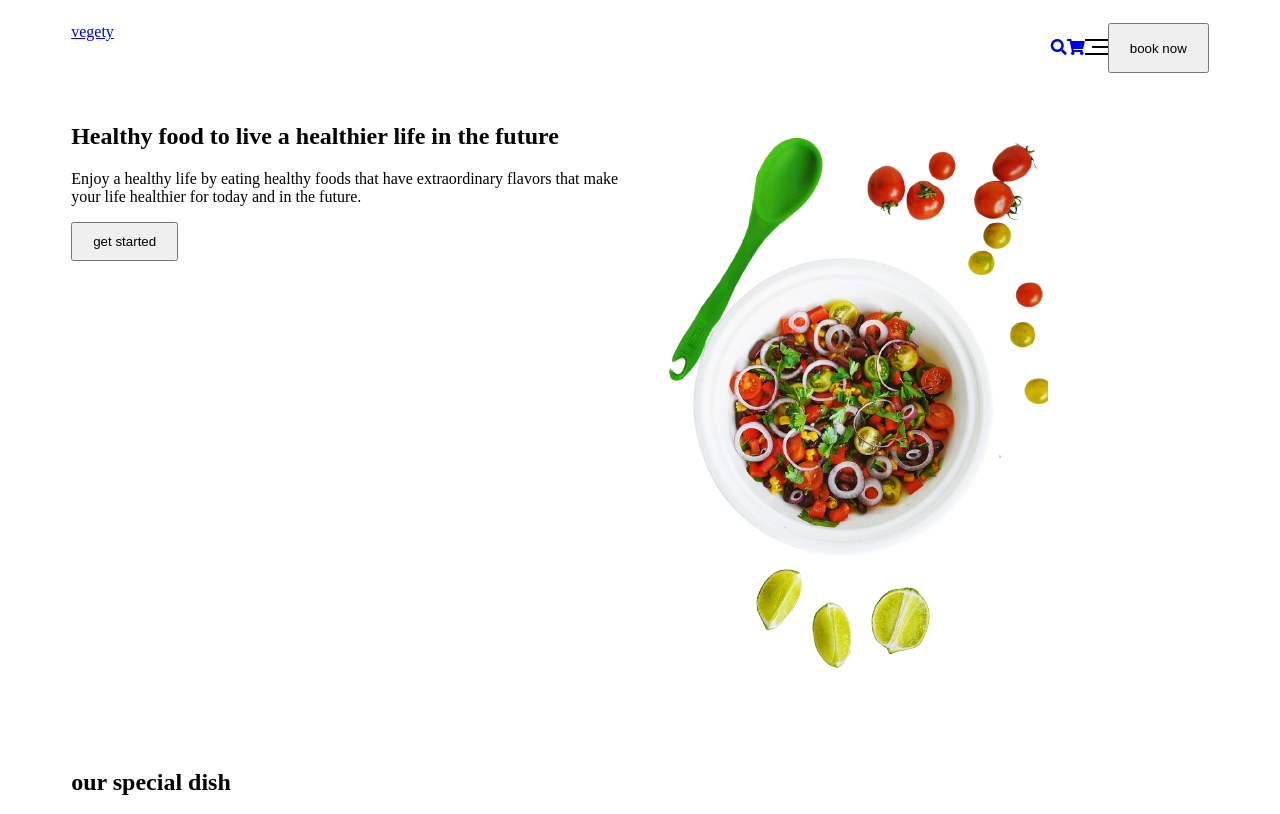
Repository: latenightsnacc/HTML-LESSONS
Page: WEB-DESIGN-2/PROJECTS/vegety-restaurant/index.html
An editor plug-in stored every save of this project. The page is shown before and after the next save, followed by the edit.
The browser window is 1280 px wide. The pictures show the part of the page from y = 0 to 814 px (the page is 1980 px tall).
A picture or video elsewhere on the page could not be fetched, so the positions and the page height are approximate.

Above is the page before, as saved 2021-07-15 15:20:27.

After the next save:
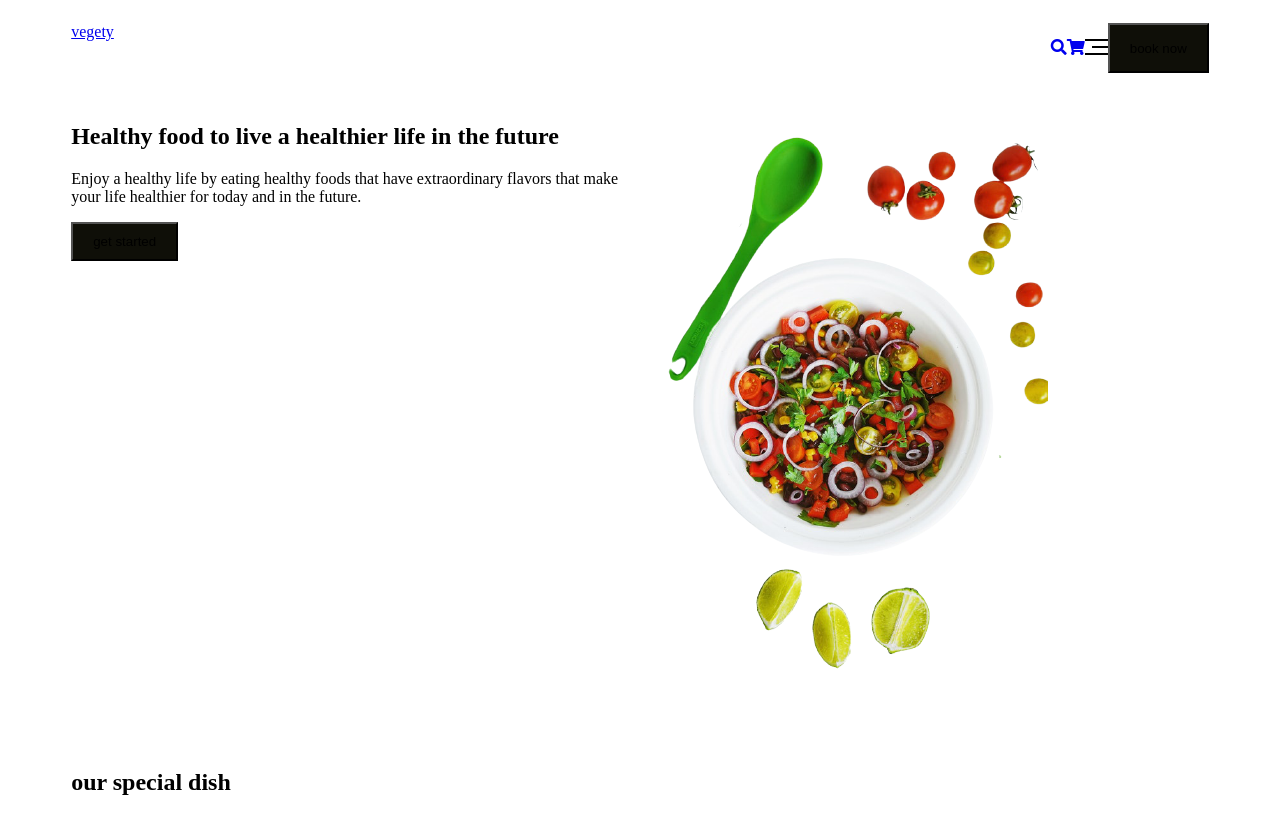
Saved 2 min 36 s later.
--- a/WEB-DESIGN-2/PROJECTS/vegety-restaurant/stylesheets/stylesheet.css
+++ b/WEB-DESIGN-2/PROJECTS/vegety-restaurant/stylesheets/stylesheet.css
@@ -1,5 +1,10 @@
 
-
+:root {
+    --btn-bg-color: #0f0f08;
+    --page-bg-color: #f7faf8;
+    --primary-color: #58917c;
+    --grey: #ababab;
+}
 .container {
     padding: 15px 5%;
     margin: auto;
@@ -45,6 +50,6 @@
 /* Buttons  */
 .btn {
     padding: 10px 20px;
-    background-color: ;
+    background-color: var(--btn-bg-color);
 
 }
